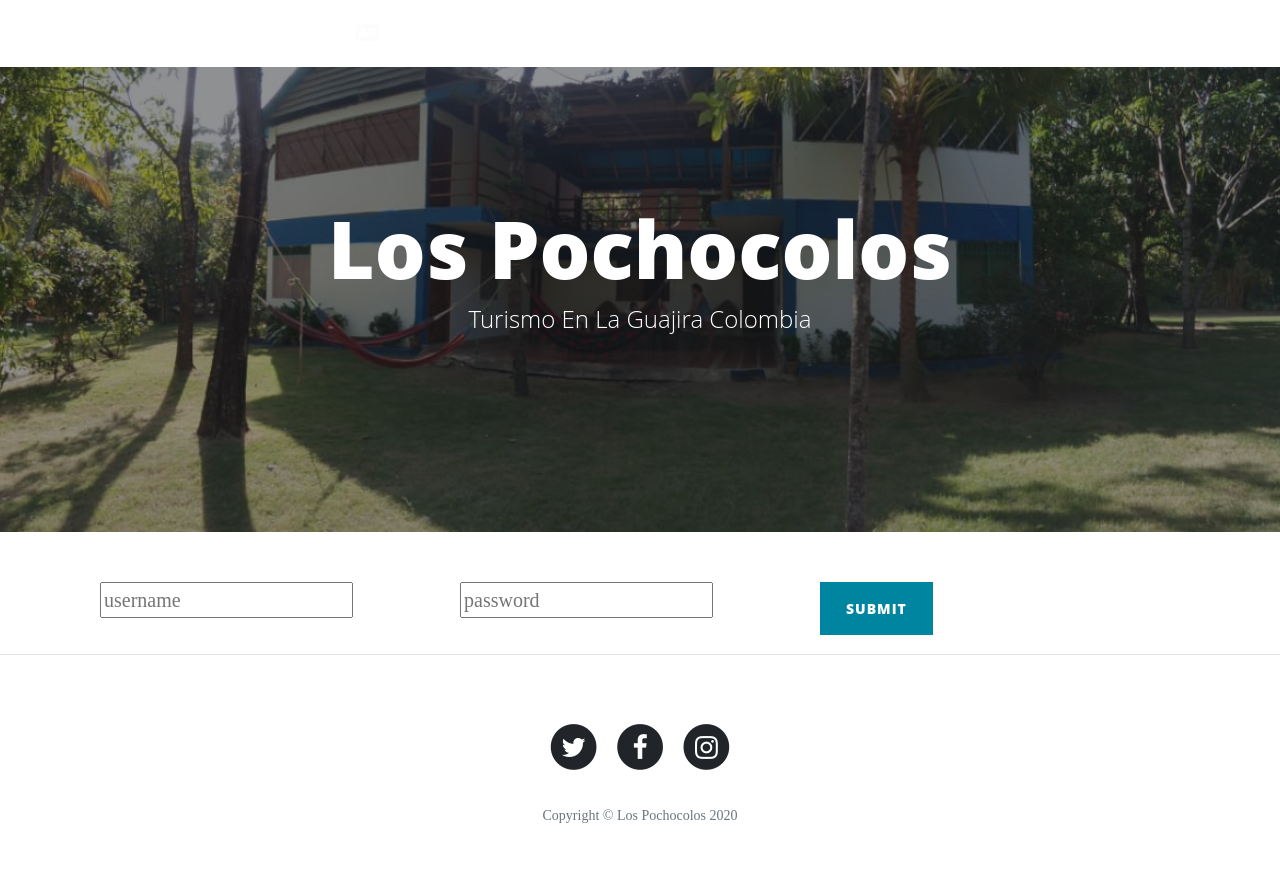
Repository: cachimiro/los-pochoclos
Page: http://localhost/login
The author's editor kept a record of every edit. The page is drawn from the files as they stood at one moment, then again after the next edit.
The browser window is 1280 px wide. The pictures show the whole page.
Some web libraries are served in a nearby version. The page is served by the project's application, run on Flask 3 (run.py).

Above is the page before.
Console error: ReferenceError: emailjs is not defined

After the next edit:
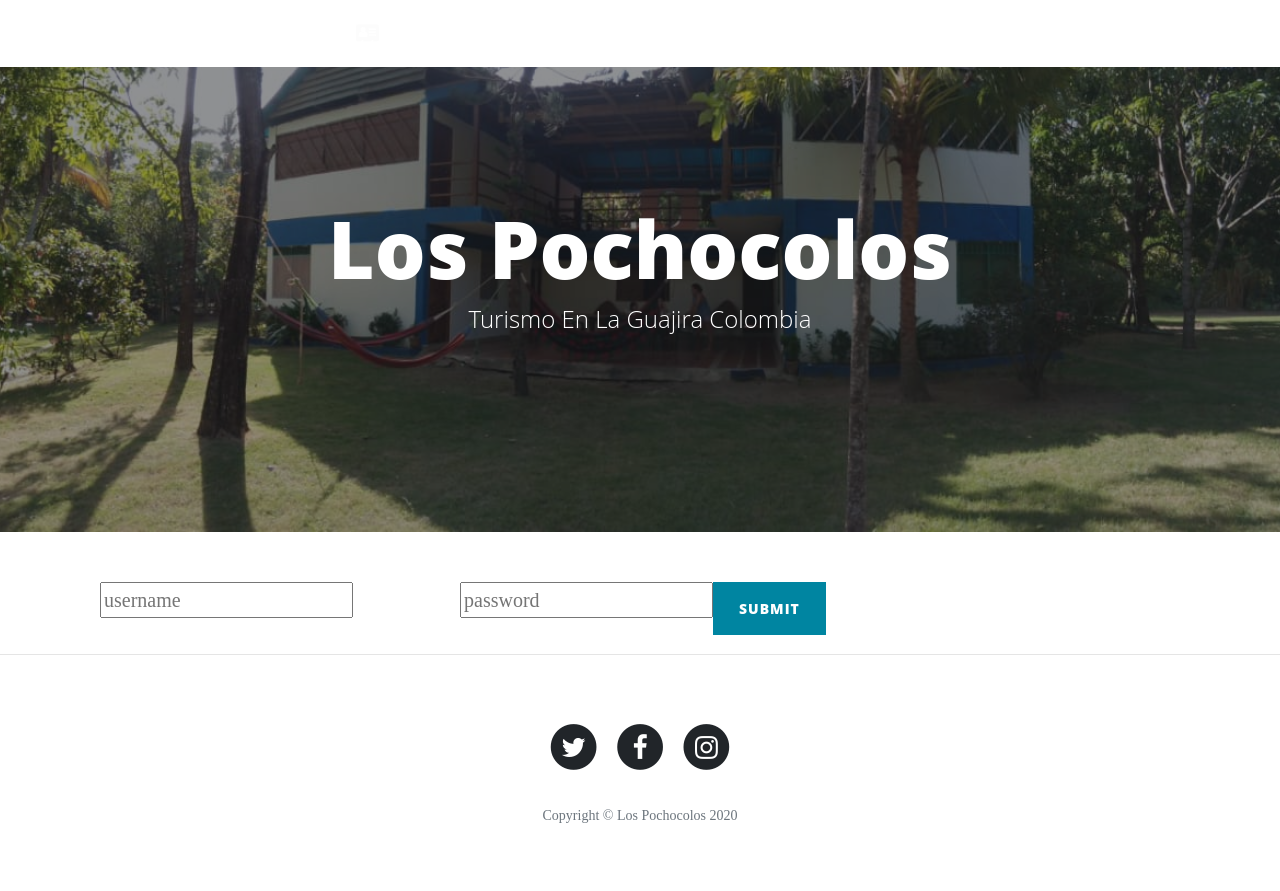
The edit:
--- a/templates/login.html
+++ b/templates/login.html
@@ -13,7 +13,7 @@
 <form action="{{ url_for('login') }}" method="POST">
     <input type="text" name="username" placeholder="username" value="{{ request.form.username }}"/>
     </div>
-    <div class="col-md-4">
+    <div class="col-sm-12col-md-4">
     <input type="password" name="password" placeholder="password" value="{{ request.form.password }}"/>
     </div>
      <div class="col-md-4">

After the 3 edits that followed:
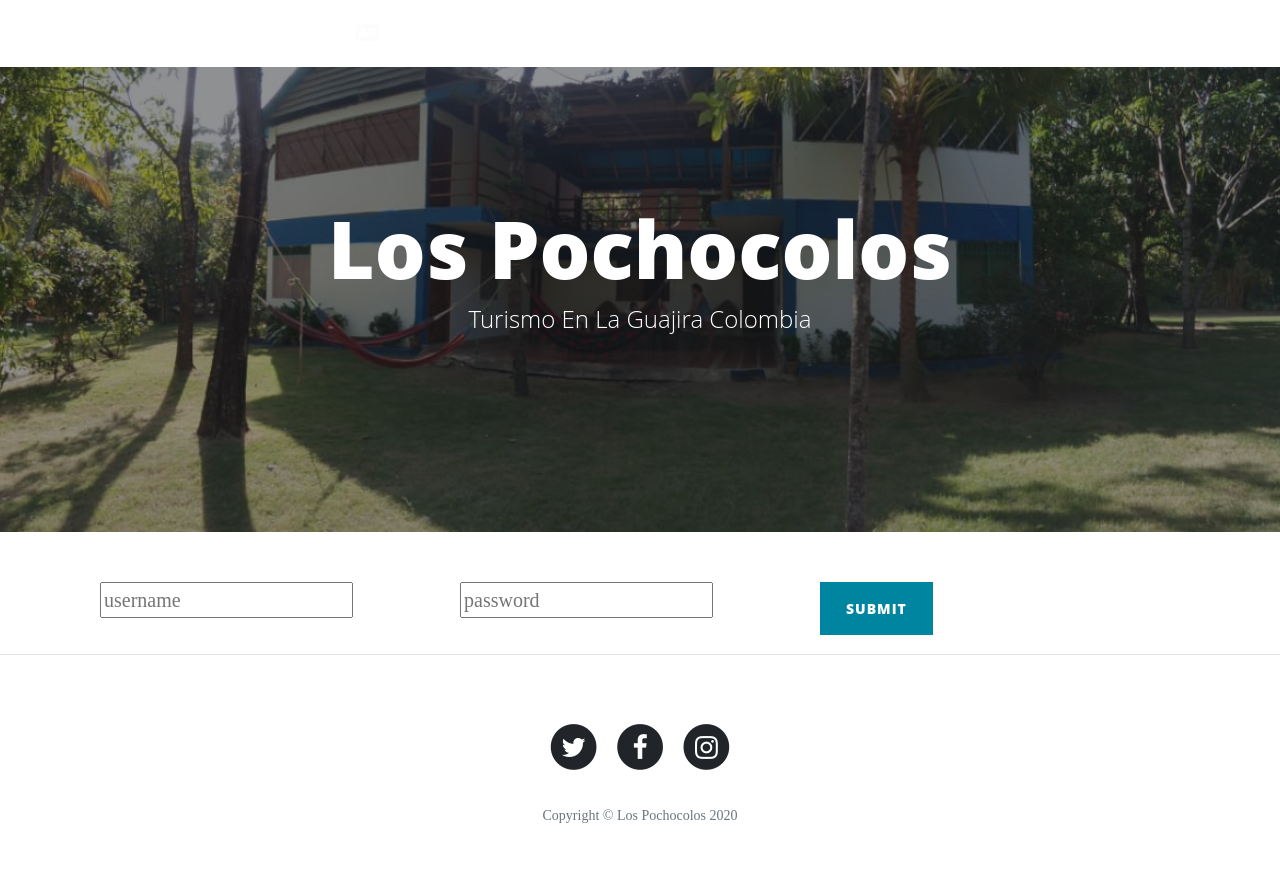
The 3 edits are shown as one change because 2 left the picture as it was.
The edit:
--- a/templates/login.html
+++ b/templates/login.html
@@ -9,14 +9,14 @@
 {% extends 'base.html' %} {% block content %}
 <div class="container">
     <div class="row  no-gutters">
-        <div class="col-sm-12 col-md-4">
+        <div class="col-sm-12 col-md-4 col-lg-4">
 <form action="{{ url_for('login') }}" method="POST">
     <input type="text" name="username" placeholder="username" value="{{ request.form.username }}"/>
     </div>
-    <div class="col-sm-12col-md-4">
+    <div class="col-sm-12col-md-4 col-lg-4">
     <input type="password" name="password" placeholder="password" value="{{ request.form.password }}"/>
     </div>
-     <div class="col-md-4">
+     <div class="col-sm-12 col-md-4">
     <button type="submit" class="btn btn-primary">Submit</button>
     </div>
     </div>
